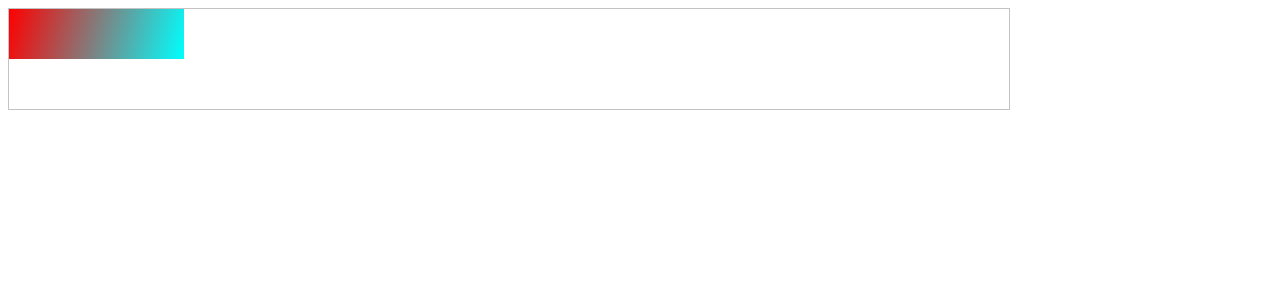
Repository: YukiXueyan/moquWebsite
Page: html/渐变.html
The author's editor kept a copy of each file at every save. The page is drawn from the files as they stood at one save, then again after the next save.
The browser window is 1280 px wide. The pictures show the whole page.

Above is the page before, as saved 2020-07-05 15:41:24.

After the next save:
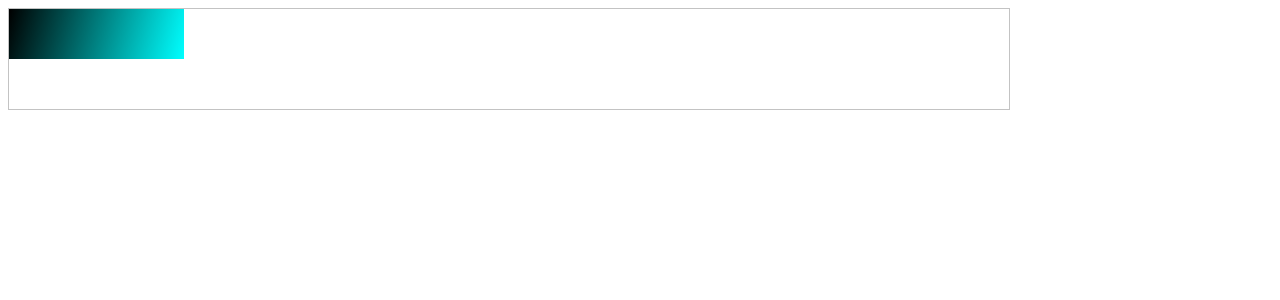
Saved 11 s later.
--- a/html/渐变.html
+++ b/html/渐变.html
@@ -12,7 +12,7 @@ Your browser does not support the canvas element.
 var c=document.getElementById("myCanvas");
 var cxt=c.getContext("2d");
 var grd=cxt.createLinearGradient(0,0,175,50);
-grd.addColorStop(0,"#FF0000");
+grd.addColorStop(0,"#000000");
 grd.addColorStop(1,"#00FFff");
 cxt.fillStyle=grd;
 cxt.fillRect(0,0,175,50);
